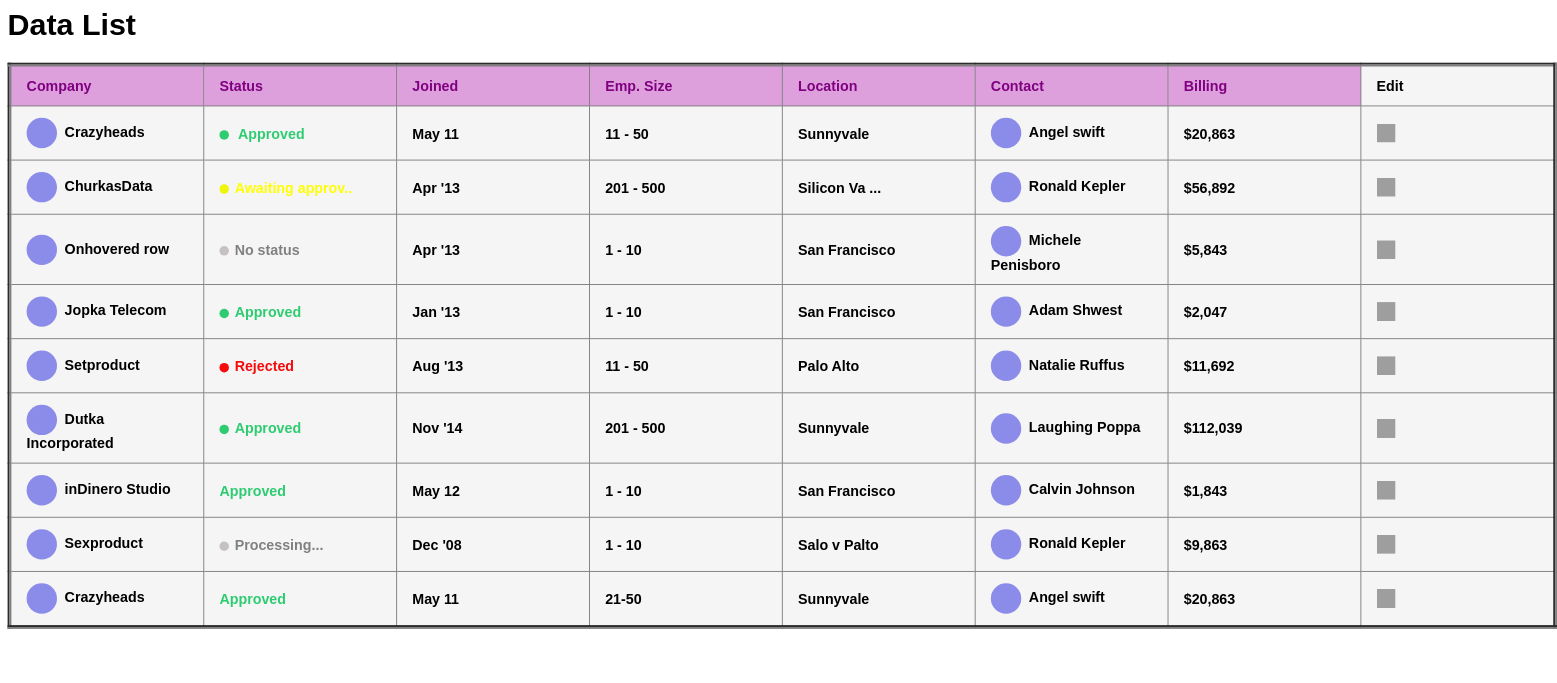
Repository: AdityaTech-Pro/FullStackWithBridgelabz
Page: Assignment2/Data_List/index.html
The author's editor kept a copy of each file at every save. The page is drawn from the files as they stood at one save, then again after the next save.
The browser window is 1280 px wide. The page is 1639 px wide, so the pictures cover 1639 px, including what lies to the right of the window. The pictures show the whole page, at 95% of full size.
Pictures or frames that could not be fetched are drawn as grey boxes.

Above is the page before, as saved 2025-10-15 10:34:33.

After the next save:
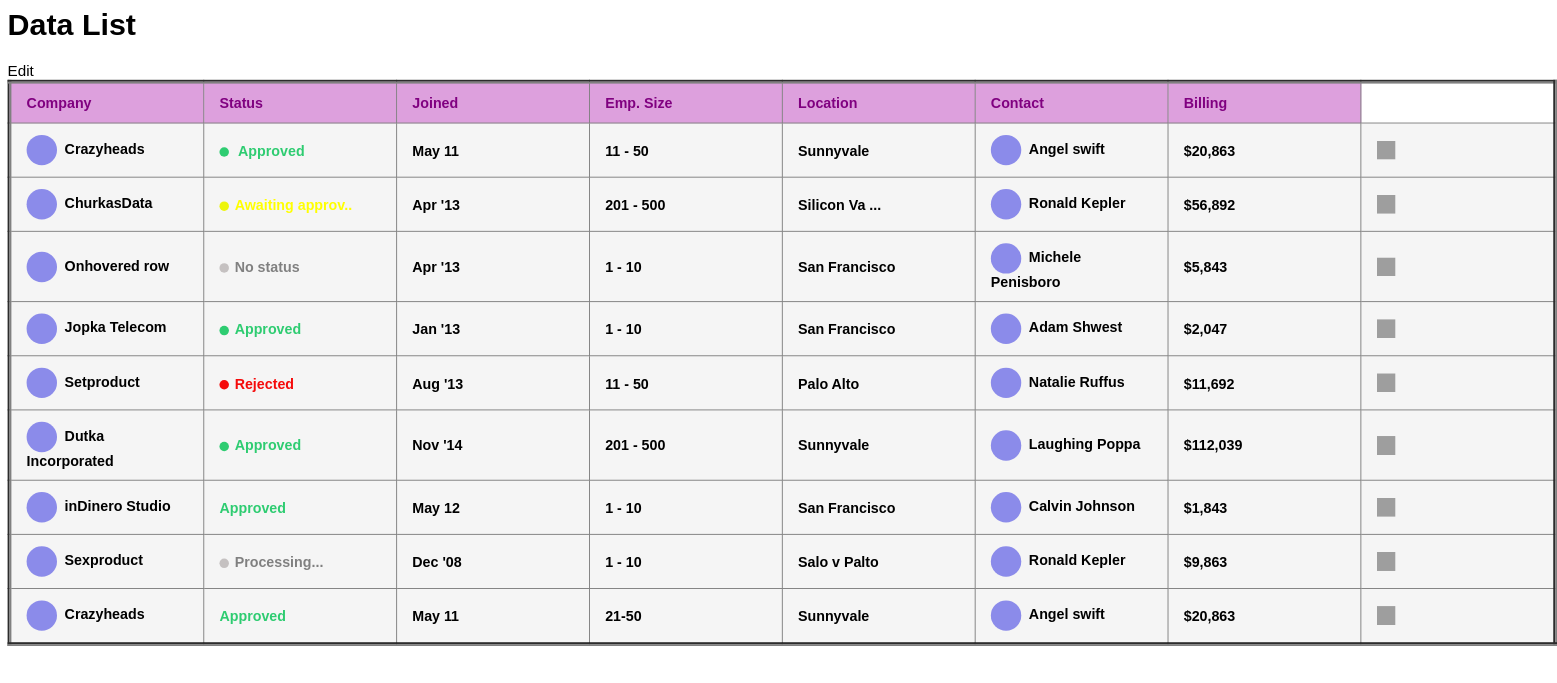
Saved 8 s later.
--- a/Assignment2/Data_List/index.html
+++ b/Assignment2/Data_List/index.html
@@ -118,7 +118,7 @@
             <th style="color:purple; background-color: plum;">Location</th>
             <th style="color:purple; background-color: plum;">Contact</th>
             <th style="color:purple; background-color: plum;">Billing</th>
-            <th>Edit</th>
+            <thstyle="color:purple; background-color: plum;">Edit</th>
         </tr>
 
         <tr>

After the save that followed:
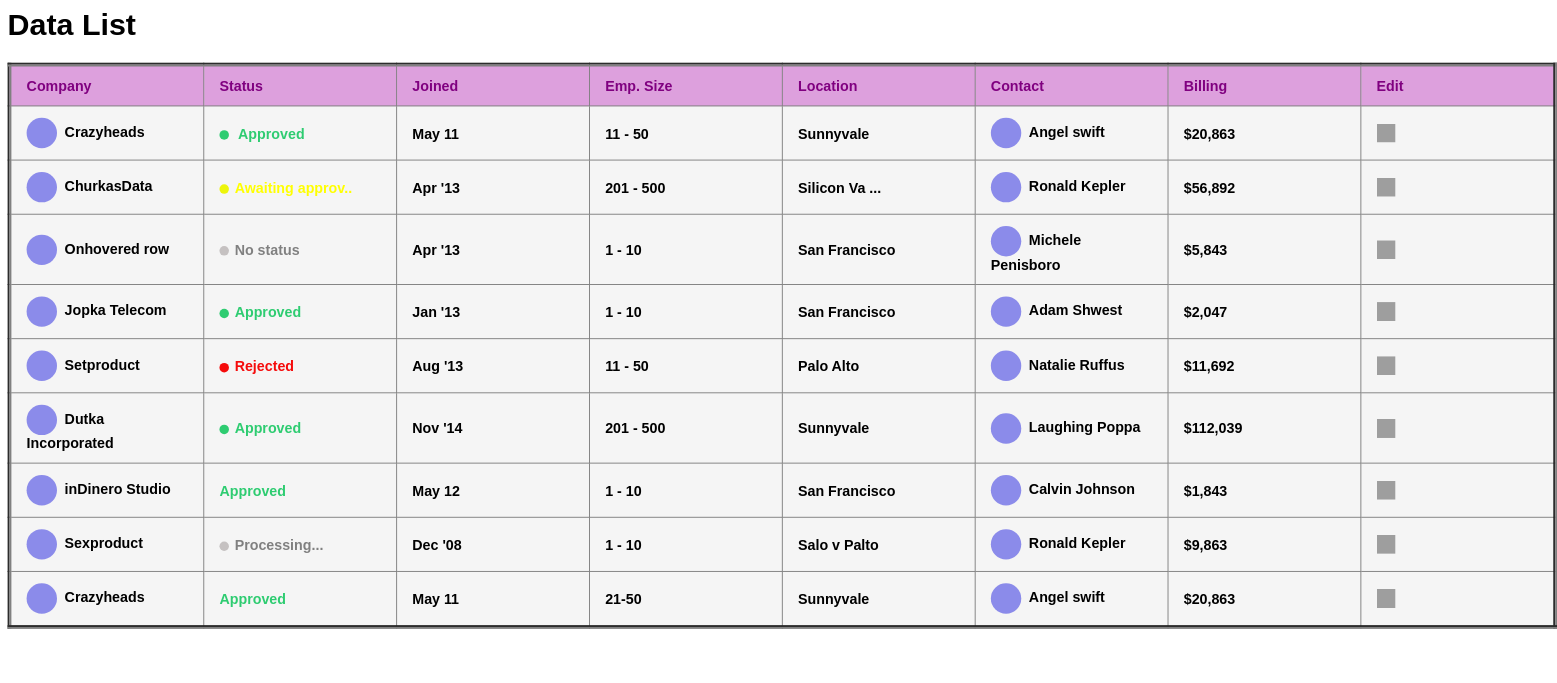
Saved 16 s later.
--- a/Assignment2/Data_List/index.html
+++ b/Assignment2/Data_List/index.html
@@ -118,7 +118,7 @@
             <th style="color:purple; background-color: plum;">Location</th>
             <th style="color:purple; background-color: plum;">Contact</th>
             <th style="color:purple; background-color: plum;">Billing</th>
-            <thstyle="color:purple; background-color: plum;">Edit</th>
+            <th style="color:purple; background-color: plum;">Edit</th>
         </tr>
 
         <tr>
